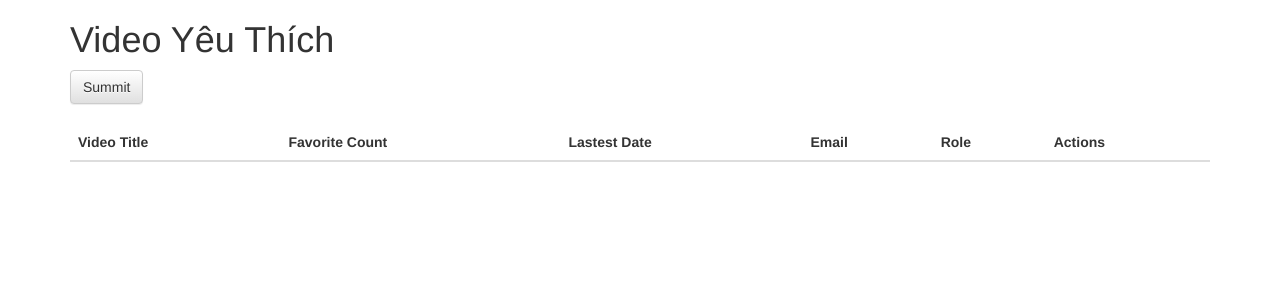
Repository: Hacorbie/Java-Servlet
Page: http://localhost/ASM_JV4/views/Ana.jsp
The author's editor kept a copy of each file at every save. The page is drawn from the files as they stood at one save, then again after the next save.
The browser window is 1280 px wide. The pictures show the whole page.
Some web libraries are served in a nearby version. The page is served by Tomcat 9.

Above is the page before, as saved 2023-04-09 16:16:09.

After the next save:
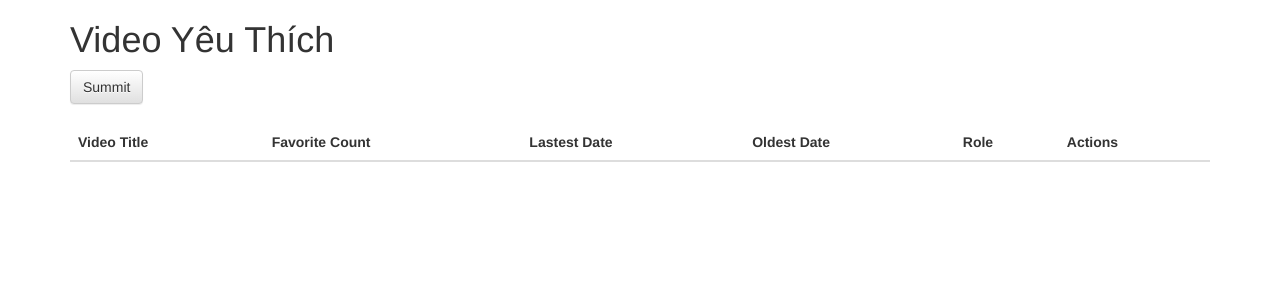
Saved 11 s later.
--- a/ASM_JV4/src/main/webapp/views/Ana.jsp
+++ b/ASM_JV4/src/main/webapp/views/Ana.jsp
@@ -29,7 +29,7 @@
 					<th>Video Title</th>
 					<th>Favorite Count</th>
 					<th>Lastest Date</th>
-					<th>Email</th>
+					<th>Oldest Date</th>
 					<th>Role</th>
 					<th>Actions</th>
 				</tr>
